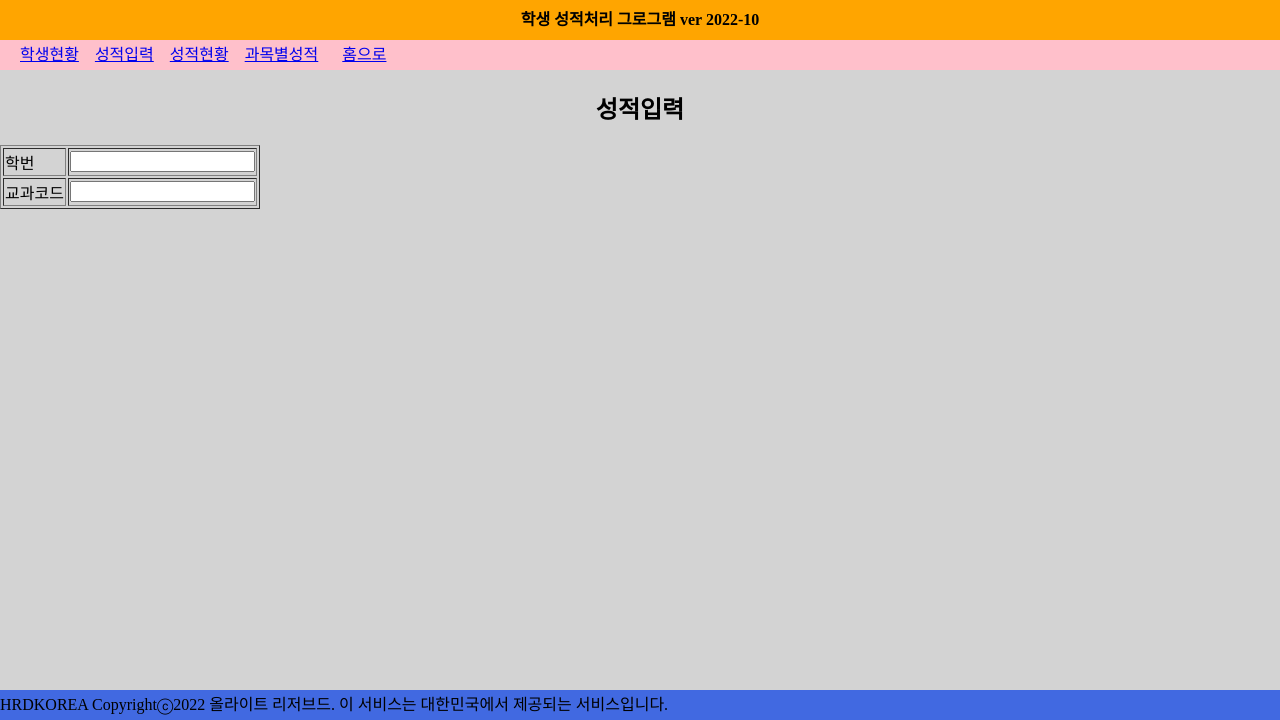
Repository: GotChun/license_practice
Page: http://localhost/HRD_0525/insert.jsp
An editor plug-in stored every save of this project. The page is shown before and after a run of saves, followed by the edit.
The browser window is 1280 px wide. The pictures show the whole page.
The page is served by Tomcat 9.

Above is the page before, as saved 2025-02-22 13:10:48.

After the next 2 saves:
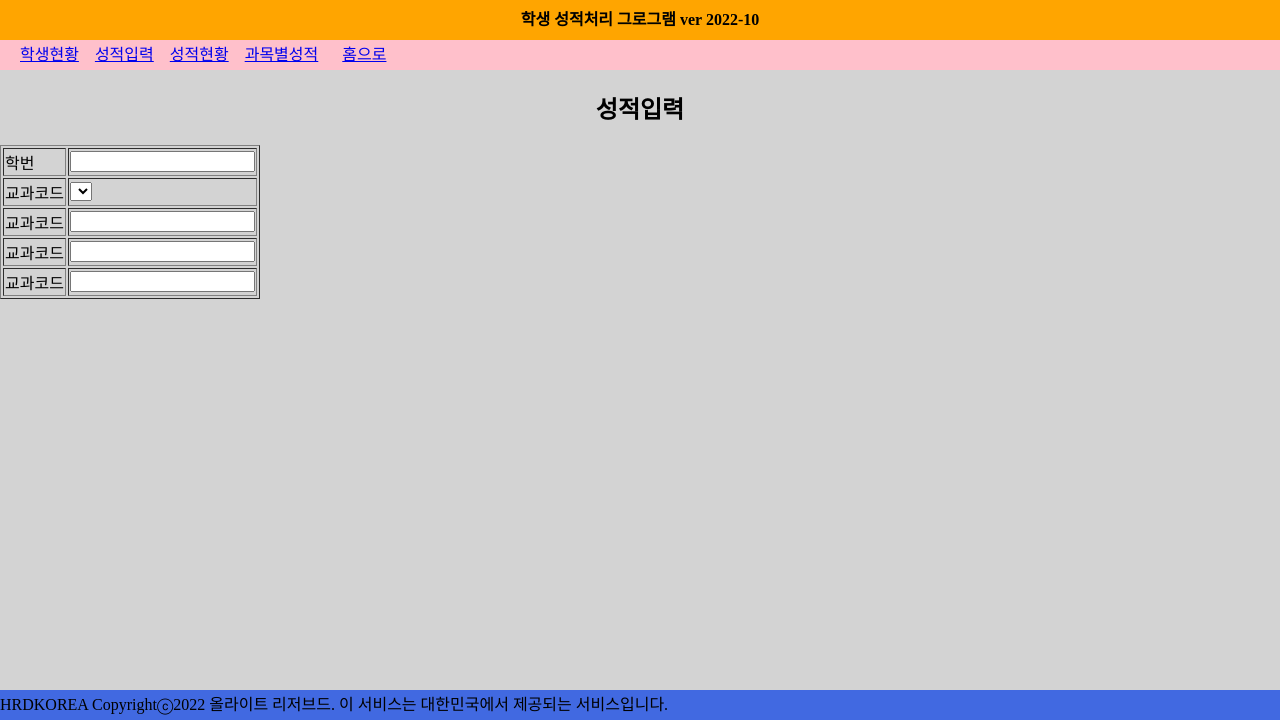
The 2 saves are shown as one change because they came seconds apart.
The last was saved 45 s later.
--- a/HRD_0525/src/main/webapp/insert.jsp
+++ b/HRD_0525/src/main/webapp/insert.jsp
@@ -19,6 +19,20 @@
 	</tr>
 	<tr>
 		<td>교과코드</td>
+		<td> <select name="subcode">
+
+		</select> </td>
+	</tr>
+	<tr>
+		<td>교과코드</td>
+		<td><input type="text" name="sid"> </td>
+	</tr>
+	<tr>
+		<td>교과코드</td>
+		<td><input type="text" name="sid"> </td>
+	</tr>
+	<tr>
+		<td>교과코드</td>
 		<td><input type="text" name="sid"> </td>
 	</tr>
 </table>
